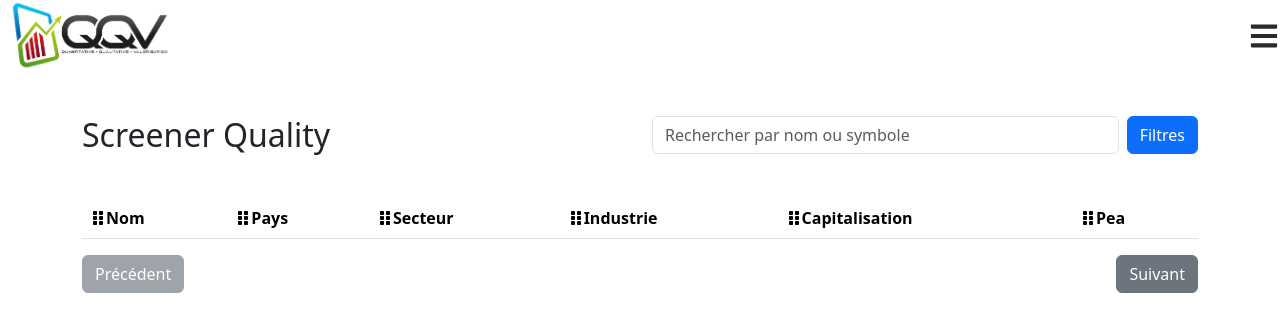
Repository: adamaadev/comeup
Page: / (app in admin/)
The author's editor kept a copy of each file at every save. The page is drawn from the files as they stood at one save, then again after the next save.
The browser window is 1280 px wide. The pictures show the whole page.
The page's requests for data from a server got no answer. The project was rebuilt for these pictures with package versions that can differ from the ones it lists, and the page was loaded fresh each time. No one was signed in, and anything a server would have sent is missing. Also part of the build but not shown: admin/src/pages/Auth/Login.js, admin/src/pages/Home/Watchlist.js, admin/src/pages/Home/Prix.js, admin/src/pages/Home/Douve.js, admin/src/pages/Home/Scenario.js, admin/src/pages/Services/Questions.js, admin/src/pages/Home/Analyse.js, admin/src/pages/Home/Foire.js and 9 more.

Above is the page before, as saved 2024-09-09 18:46:52.

After the next save:
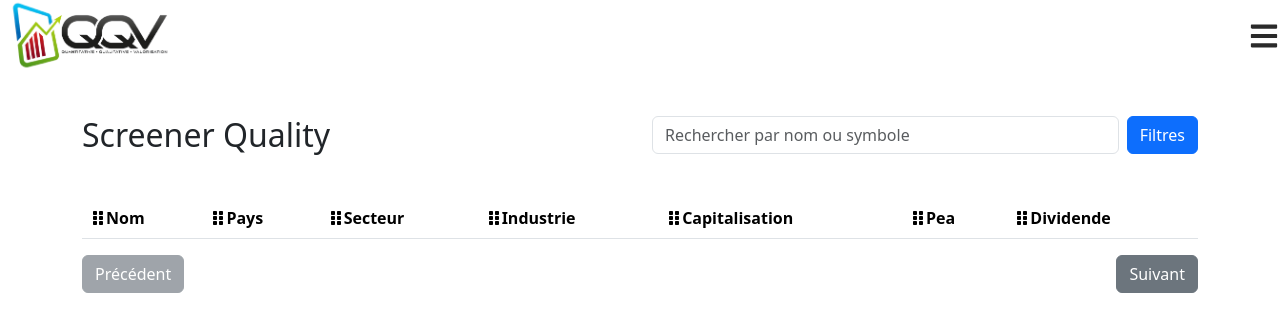
Saved 15 s later.
--- a/admin/src/pages/Home/Screener.js
+++ b/admin/src/pages/Home/Screener.js
@@ -86,7 +86,7 @@ export default function Watchlist() {
   }, []);
 
   useEffect(() => {
-    const initialColumns = ['Nom', 'pays', 'secteur', 'industrie', 'Capitalisation', 'exchangeShortName','Pea'];
+    const initialColumns = ['Nom', 'pays', 'secteur', 'industrie', 'Capitalisation', 'exchangeShortName','Pea' , 'Dividende'];
     const newColumns = [
       ...initialColumns.filter(col => col !== 'exchangeShortName'),
       ...filters
